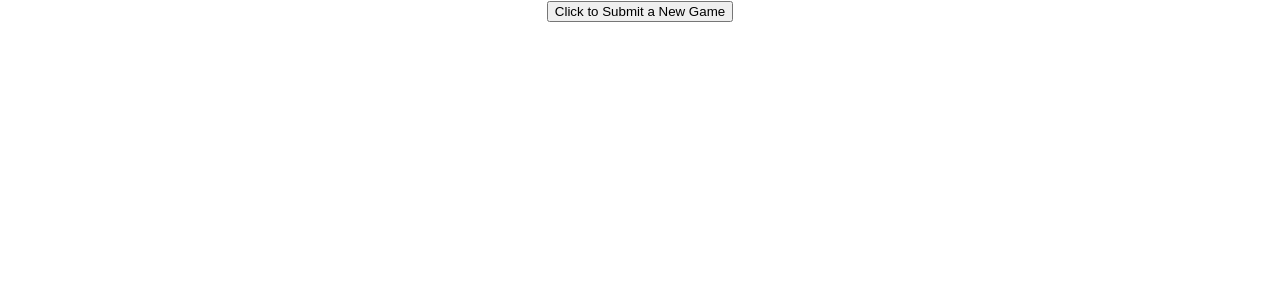
Repository: The-Software-Guild/assessment-2-react-nj10deadend
Page: / (app in Part-2/React-section/frontend/)
The author's editor kept a copy of each file at every save. The page is drawn from the files as they stood at one save, then again after the next save.
The browser window is 1280 px wide. The pictures show the whole page.
The page's requests for data from a server got no answer. The project was rebuilt for these pictures with package versions that can differ from the ones it lists, and the page was loaded fresh each time. No one was signed in, and anything a server would have sent is missing. Also part of the build but not shown: Part-2/React-section/frontend/src/components/GameCards.js.

Above is the page before, as saved 2021-12-19 12:43:21.

### Part-2/React-section/frontend/public/index.html
<!DOCTYPE html>
<html lang="en">
  <head>
    <meta charset="utf-8" />
    <link rel="icon" href="%PUBLIC_URL%/favicon.ico" />
    <meta name="viewport" content="width=device-width, initial-scale=1" />
    <meta name="theme-color" content="#000000" />
    <meta name="viewport" content="initial-scale=1, width=device-width" />
    <meta
      name="description"
      content="Web site created using create-react-app"
    />
    <link rel="apple-touch-icon" href="%PUBLIC_URL%/logo192.png" />
    <!--
      manifest.json provides metadata used when your web app is installed on a
      user's mobile device or desktop. See https://developers.google.com/web/fundamentals/web-app-manifest/
    -->
    <link rel="manifest" href="%PUBLIC_URL%/manifest.json" />
    <!--
      Notice the use of %PUBLIC_URL% in the tags above.
      It will be replaced with the URL of the `public` folder during the build.
      Only files inside the `public` folder can be referenced from the HTML.

      Unlike "/favicon.ico" or "favicon.ico", "%PUBLIC_URL%/favicon.ico" will
      work correctly both with client-side routing and a non-root public URL.
      Learn how to configure a non-root public URL by running `npm run build`.
    -->
    <link
      rel="stylesheet"
      href="https://fonts.googleapis.com/css?family=Roboto:300,400,500,700&display=swap"
    />
    <title>React App</title>
  </head>
  <body>
    <noscript>You need to enable JavaScript to run this app.</noscript>
    <div id="root"></div>
    <!--
      This HTML file is a template.
      If you open it directly in the browser, you will see an empty page.

      You can add webfonts, meta tags, or analytics to this file.
      The build step will place the bundled scripts into the <body> tag.

      To begin the development, run `npm start` or `yarn start`.
      To create a production bundle, use `npm run build` or `yarn build`.
    -->
  </body>
</html>

### Part-2/React-section/frontend/src/index.css
body {
  margin: 0;
  font-family: -apple-system, BlinkMacSystemFont, 'Segoe UI', 'Roboto', 'Oxygen',
    'Ubuntu', 'Cantarell', 'Fira Sans', 'Droid Sans', 'Helvetica Neue',
    sans-serif;
  -webkit-font-smoothing: antialiased;
  -moz-osx-font-smoothing: grayscale;
}

code {
  font-family: source-code-pro, Menlo, Monaco, Consolas, 'Courier New',
    monospace;
}

.imgs {
  height: 250px;
  width: 250px;
}

### Part-2/React-section/frontend/src/App.js
import './App.css';
import Home from './components/Home';
import AddGameForm from './components/AddGameForm';
import axios from 'axios';
import {useState, useEffect} from 'react';
// import Container from '@mui/material/Container';
// import Button from '@mui/material/Button';
// import Typography from '@mui/material/Typography';

function App() {

  const [gameData, setGameData] = useState([]);

  function getFetchGameServer () {
    axios.get(`http://localhost:8080/allGames`)
      .then(res => {
        setGameData(res.data)
      })

  }

  useEffect(getFetchGameServer, []);

  return (
    <div className="App">
      <AddGameForm setGameData={setGameData}/>

      <Home gameData={gameData}/>

    </div>
  );
}

export default App;

### Part-2/React-section/frontend/src/components/Home.js
import GameCards from "./GameCards";


function Home ({gameData}) {

    const renderGameData = gameData.map(eachGame => {
        return (
            <GameCards key={eachGame._id} eachGame={eachGame} />
        )
    })
    return (
        <div>
            {renderGameData}

        </div>
    )
}

export default Home;

### Part-2/React-section/frontend/src/components/AddGameForm.js
import {useState, useEffect} from 'react';
import axios from 'axios';

function AddGameForm ({setGameData}) {

    const [clicked, setClicked] = useState(false);
    const [submitted, setSubmitted] = useState(false);
    const [name, setName] = useState("");
    const [img, setImg] = useState("");
    const [crossPlatform, setCrossPlatform] = useState(false);
    const [price, setPrice] = useState(0);
    const [genres, setGenres] = useState(["", "", ""]);
    const buttonText = clicked ? "Hide Submission Form" : "Click to Submit a New Game"

    function postRequest() {
        axios.post('http://localhost:8080/allGames', {
            name: name,
            img: img,
            cross_platform: crossPlatform,
            price: price,
            genres: genres
        })
        .then(function (response) {
        console.log(response);
        })
        .catch(function (error) {
        console.log(error);
        });
    }


    function onSubmit(event) {
        event.preventDefault();
        setSubmitted(true);
        postRequest();

    }
    console.log(submitted);
    console.log(name);
    console.log(img);
    console.log(crossPlatform);
    console.log(price);
    console.log(genres);


    return (
        <div>
            <button onClick={() => {setClicked(!clicked)}}>{buttonText}</button>
            {clicked && (
                <form onSubmit={onSubmit}>
                    <div>
                        <label for="name">Name</label>
                        <br></br>
                        <input type="text" name="name" placeholder="Enter name" id="name"
                        value={name} onChange={(event) => {setName(event.target.value)}}/>
                    </div>
                    <div>
                        <label for="img">Image Url</label>
                        <br></br>
                        <input type="text" name="img" placeholder="Enter image URL" id="img"
                        value={img} onChange={(event) => {setImg(event.target.value)}}/>
                    </div>
                    <div>
                        <label for="cross platform">Cross Platform</label>
                        <br></br>
                        <input type="text" name="cross platform" placeholder="Enter true or false" id="cross_platform"
                        value={crossPlatform} onChange={(event) => {setCrossPlatform(event.target.value)}}/>
                    </div>
                    <div>
                        <label for="price">Price</label>
                        <br></br>
                        <input type="text" name="price" placeholder="Enter price of game" id="price"
                        value={price} onChange={(event) => {setPrice(event.target.value)}} />
                    </div>
                    <div>
                        <label for="genres">Genres</label>
                        <br></br>
                        <input type="text" name="genre1" placeholder="Enter first genre category" id="genre1"
                        value={genres[0]} onChange={(event) => {setGenres([event.target.value, genres[1], genres[2]])}}/>
                        <br></br>
                        <input type="text" name="genre2" placeholder="Enter second genre category" id="genre2"
                        value={genres[1]} onChange={(event) => {setGenres([genres[0], event.target.value, genres[2] ])}}/>
                        <br></br>
                        <input type="text" name="genre3" placeholder="Enter third genre category" id="genre3"
                        value={genres[2]} onChange={(event) => {setGenres([genres[0], genres[1], event.target.value])}}/>
                    </div>
                    <input type="submit" value="Submit"/>

                </form>
            )}


        </div>
    )
}

export default AddGameForm;

### Part-2/React-section/frontend/src/components/GameSearch.js
function GameSearch () {
    return (
        <div>
            <input type="text" placeholder="Search by id..." />

        </div>
    )
}

export default GameSearch;

Loaded but not shown: Part-2/React-section/frontend/src/index.js (common file); Part-2/React-section/frontend/src/reportWebVitals.js (common file); Part-2/React-section/frontend/src/App.css (common file)

After the next save:
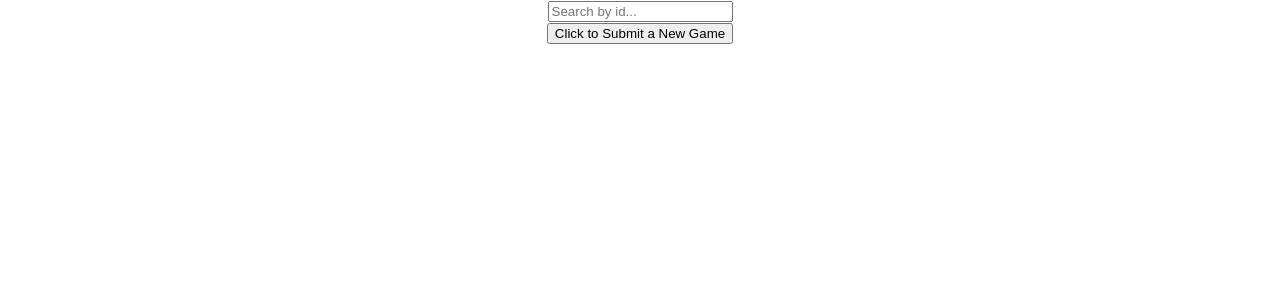
Saved 12 s later.
--- a/Part-2/React-section/frontend/src/App.js
+++ b/Part-2/React-section/frontend/src/App.js
@@ -1,6 +1,7 @@
 import './App.css';
 import Home from './components/Home';
 import AddGameForm from './components/AddGameForm';
+import GameSearch from './components/GameSearch';
 import axios from 'axios';
 import {useState, useEffect} from 'react';
 // import Container from '@mui/material/Container';
@@ -23,6 +24,7 @@ function App() {
 
   return (
     <div className="App">
+      <GameSearch />
       <AddGameForm setGameData={setGameData}/>
 
       <Home gameData={gameData}/>
